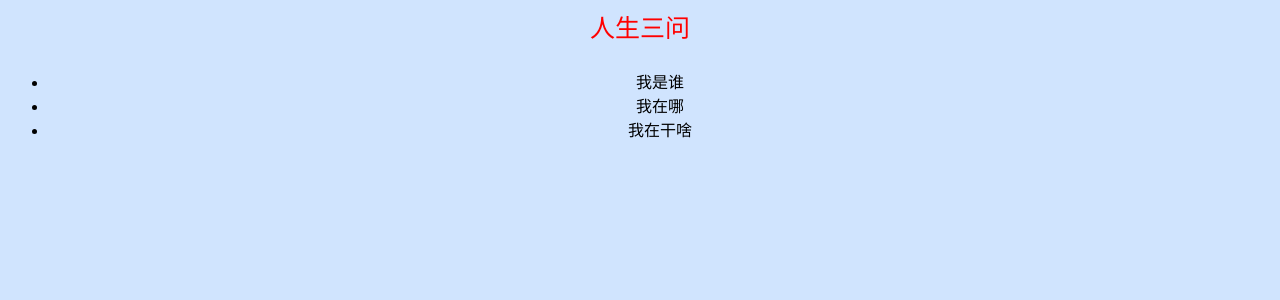
Repository: biuiuiu/springStudy
Page: http://localhost/Sad/
These files come from the project's save history. The page is drawn as it stood at one moment and after the next save; the edit follows.
The browser window is 1280 px wide. The pictures show the whole page.
The page is served by Tomcat 9. Other server files are loaded and not shown.

Above is the page before, as saved 2017-06-14 01:43:53.

### Sad/WebContent/index.jsp
<%@ page language="java" import="java.util.*" pageEncoding="UTF-8"%>

<!DOCTYPE HTML PUBLIC "-//W3C//DTD HTML 4.01 Transitional//EN">

<html>

<head>

<title>Sad</title>

<style>
	body{
		 background-color:#d0e4fe;
		 text-align:center;
	}
	p{
		color:#ff0000;
		font-size:25px;
	}
	ul.first{
		color:#00ff00;
	}
	ul.second{
		color:#000000;
	}
</style>
</head>

<body>
	<p>人生三问</p>
	<ul>
		<li class = "first">我是谁</li>
		<li class = "second">我在哪</li>
		<li class = "third">我在干啥</li>
	</ul>

</body>

</html>

After the next save:
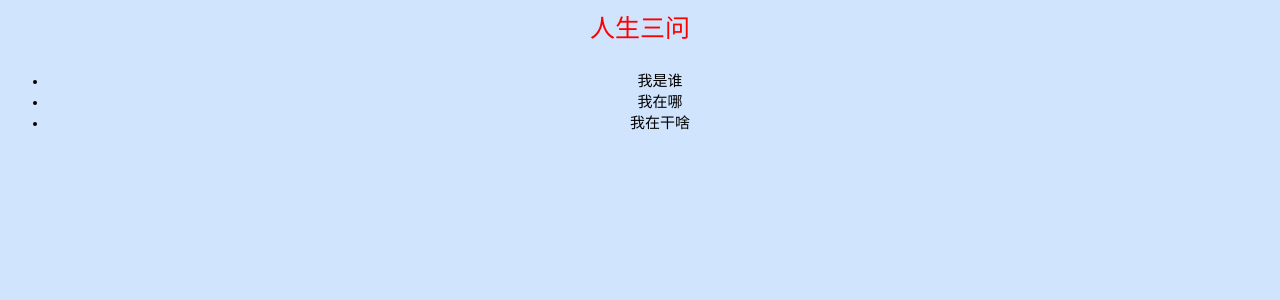
Saved 24 s later.
--- a/Sad/WebContent/index.jsp
+++ b/Sad/WebContent/index.jsp
@@ -16,6 +16,9 @@
 	p{
 		color:#ff0000;
 		font-size:25px;
+	}
+	ul{
+		font-size:15px
 	}
 	ul.first{
 		color:#00ff00;
